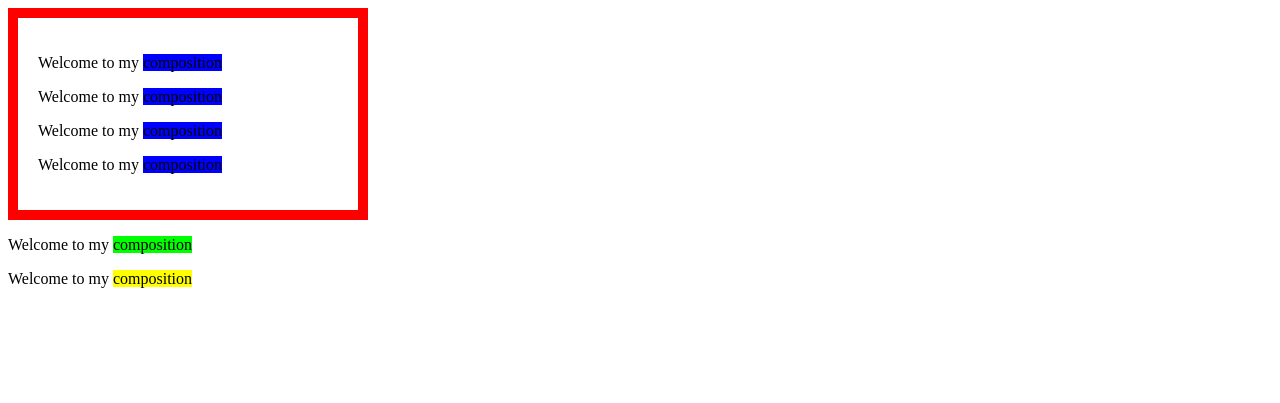
Repository: steil881/steil881.github.io
Page: lab/sample/sample.html
The author's editor kept a record of every edit. The page is drawn from the files as they stood at one moment, then again after the next edit.
The browser window is 1280 px wide. The pictures show the whole page.

Above is the page before.

After the next edit:
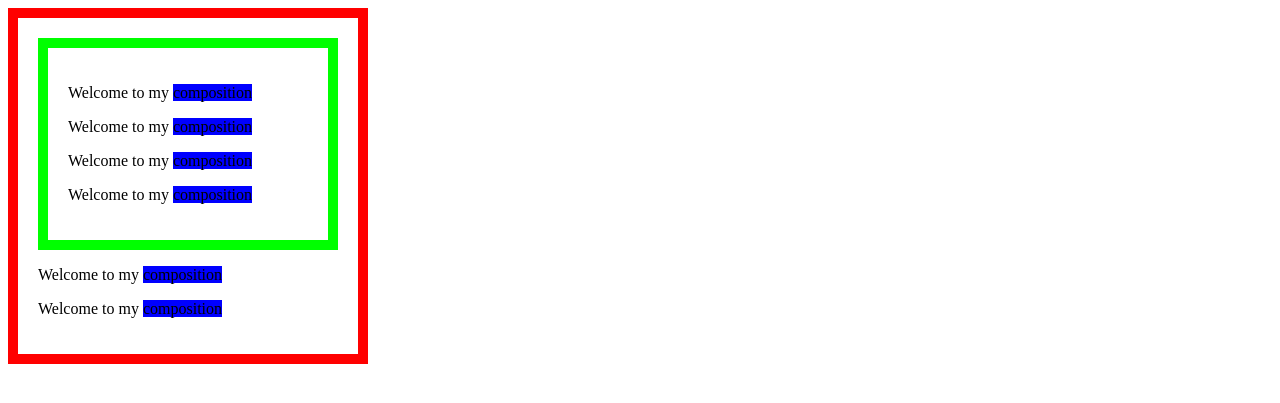
The edit:
--- a/lab/sample/sample.html
+++ b/lab/sample/sample.html
@@ -5,6 +5,7 @@
     </head>
     <body>
         <div class="wrapper">
+            <div class="inside">
         <p>Welcome to my <mark>composition</mark></p>
         <p>Welcome to my <mark class="two">composition</mark></p>
         <p>Welcome to my <mark>composition</mark></p>
